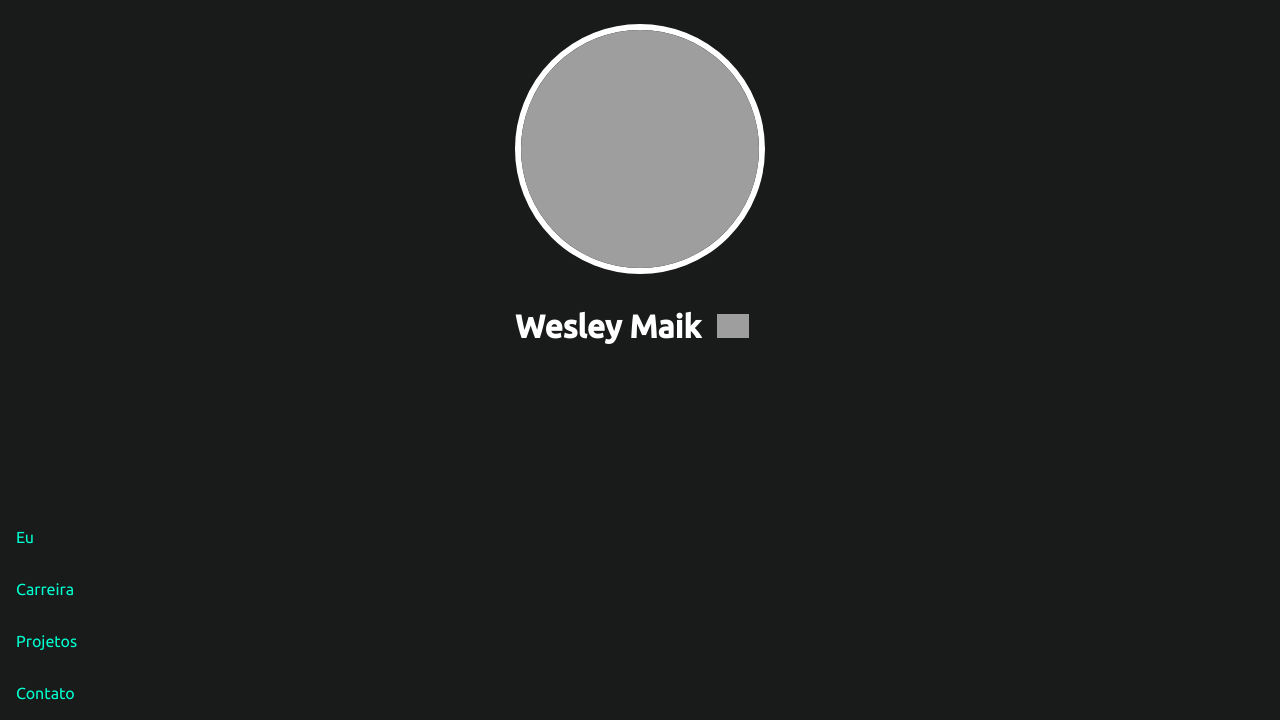
Repository: WesleyMaik/wesleymaik.github.io
Page: /
These files come from the project's save history. The page is drawn as it stood at one moment and after the next save; the edit follows.
The browser window is 1280 px wide. The pictures show the whole page.
Pictures or frames that could not be fetched are drawn as grey boxes. The project was rebuilt for these pictures with package versions that can differ from the ones it lists, and the page was loaded fresh each time. Also part of the build but not shown: vite.config.ts.

Above is the page before, as saved 2022-08-08 09:13:44.

### index.html
<!DOCTYPE html>
<html lang="en">
  <head>
    <meta charset="UTF-8" />
    <link rel="icon" type="image/svg+xml" href="/vite.svg" />
    <meta name="viewport" content="width=device-width, initial-scale=1.0" />
    <title>Wesley Maik - Portifólio</title>
  </head>
  <body>
    <div id="root"></div>
    <script type="module" src="/src/main.tsx"></script>
  </body>
</html>

### src/main.tsx
//Modules
import React from 'react'
import ReactDOM from 'react-dom/client'
import App from './pages'

//Style
import "./styles/global.scss";

ReactDOM.createRoot(document.getElementById('root') as HTMLElement).render(
  <React.StrictMode>
    <App />
  </React.StrictMode>
)

### src/pages/index.tsx
//Modules
import styled from "styled-components";
import Header from "../components/template/header";

const App = () => {
    const Main = styled.main`
      max-width:800px;
      margin:auto;
    `;

    return(
      <Main>
        <Header />
      </Main>
    )
};

export default App

### src/styles/global.scss
//Fonts
@import url('https://fonts.googleapis.com/css2?family=Open+Sans:wght@300;400;600&family=Poppins:wght@300;400;600&family=Roboto+Mono:wght@300;400;700&family=Ubuntu:wght@300;400;500&display=swap');

:root{
    --bg-primary:#181b19;
    --bg-secundary:#2c372e;
    --color-default:#fff;
    --color-primary:#00ffd0;
    --color-secundary:#01dba4;
    --color-fade:#01dba405;
}

*{
    box-sizing: border-box;
    transition: all ease 0.25s;
}

html, body{
    margin:0;

    color:var(--color-default);
    background-color: var(--bg-primary);

    font-family: 'Arial', 'Tahoma';
}

h1, h2, h3, h4, h5, h6{
    font-family: 'Poppins', 'Arial';
}

p{
    font-family: 'Open Sans', 'Arial';
}

div, span{
    font-family: 'Ubuntu', 'Arial';
}

a{
    color: var(--color-primary);
    text-decoration: none;

    border-bottom:2px solid transparent;

    &:active{
        color: var(--color-secundary);
    }

    &:hover{
        border-bottom-color:var(--color-primary);
    }
}

hr{
    width:100%;
}

### src/components/template/header.tsx
import styled from "styled-components";
import Avatar from "../avatar";
import Navigation from "./navigation";

const Header = () => {
    const Header = styled.header`
        width:100%;
        min-height:20em;

        display:flex;
        flex-direction:column;
        align-items:center;
        gap:0.5em;

        padding:0.5em;
        margin:1em 0;

        .title{
            .icon{
                width:32px;
            }
        }
    `;

    return(
        <Header>
            <Navigation />
            <Avatar />
            <h1 className="title">
                <span>Wesley Maik</span>
                <img
                    className="icon"
                    src="https://raw.githubusercontent.com/MartinHeinz/MartinHeinz/master/wave.gif"
                    style={{ display: "inline-block", margin:'0 0.5em' }}
                    data-target="animated-image.originalImage"
                />
            </h1>
        </Header>
    )
};

export default Header;

### src/components/avatar/index.tsx
//Modules
import styled from "styled-components";

// https://api.github.com/users/wesleymaik

const Avatar = () => {
    const Content = styled.div`
        width:250px;
        height:250px;

        overflow:hidden;

        border:6px solid #fff;
        border-radius:50%;

        .img{
            width:100%;
            height:100%;
        }
    `;

    return(
        <Content>
            <img className="img" src="https://avatars.githubusercontent.com/u/85949116?v=4"/>
        </Content>
    )
};

export default Avatar;

### src/components/template/navigation.tsx
import styled from "styled-components";

const Navigation = () => {
    const Container = styled.div`
        display:flex;
        flex-direction:column;
        justify-content:center;
        align-items:left;
        gap:2em;

        position:fixed;
        left:0;
        bottom:0;

        padding:1em;

        z-index:10;
    `;

    return(
        <Container>
            <a href="#me">Eu</a>
            <a href="#carrer">Carreira</a>
            <a href="#project">Projetos</a>
            <a href="#contact">Contato</a>
        </Container>
    )
};

export default Navigation;

### src/components/template/social.tsx
//Modules
import styled from "styled-components";

//Component
import { BsTwitter, BsGithub } from 'react-icons/bs';
import { FaDev } from 'react-icons/fa';

const Social = () => {
    const Container = styled.div`
        width:100%;

        display:flex;
        flex-direction:row;
        justify-content:center;
        gap:0.5em;

        .btn{
            color:var(--color-primary);
            border:1px solid var(--color-primary);
            padding:0.5em;
        }
    `;

    return(
        <Container>
            <div className="btn">
                <BsTwitter />
            </div>
            <div className="btn">
                <BsGithub />
            </div>
            <div className="btn">
                <FaDev />
            </div>
        </Container>
    )
};

export default Social;

After the next save:
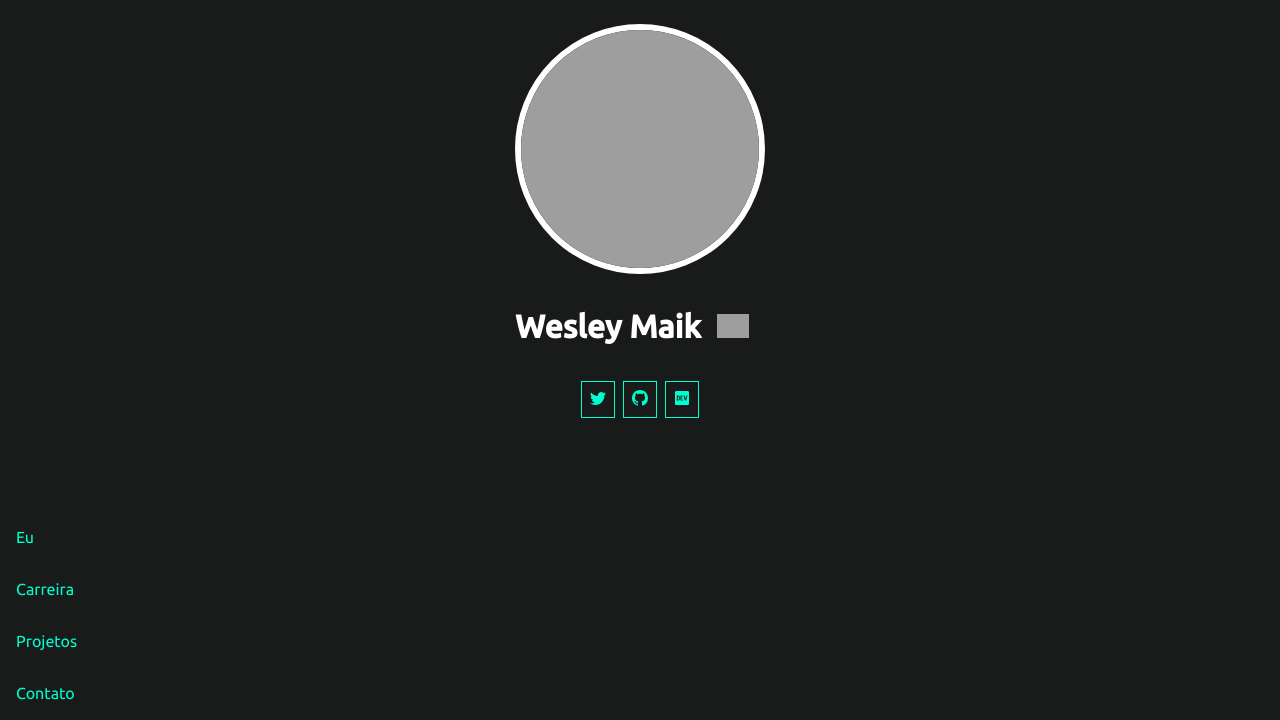
Saved 11 s later.
--- a/src/components/template/header.tsx
+++ b/src/components/template/header.tsx
@@ -1,6 +1,7 @@
 import styled from "styled-components";
 import Avatar from "../avatar";
 import Navigation from "./navigation";
+import Social from "./social";
 
 const Header = () => {
     const Header = styled.header`
@@ -35,6 +36,7 @@
                     data-target="animated-image.originalImage"
                 />
             </h1>
+            <Social />
         </Header>
     )
 };
